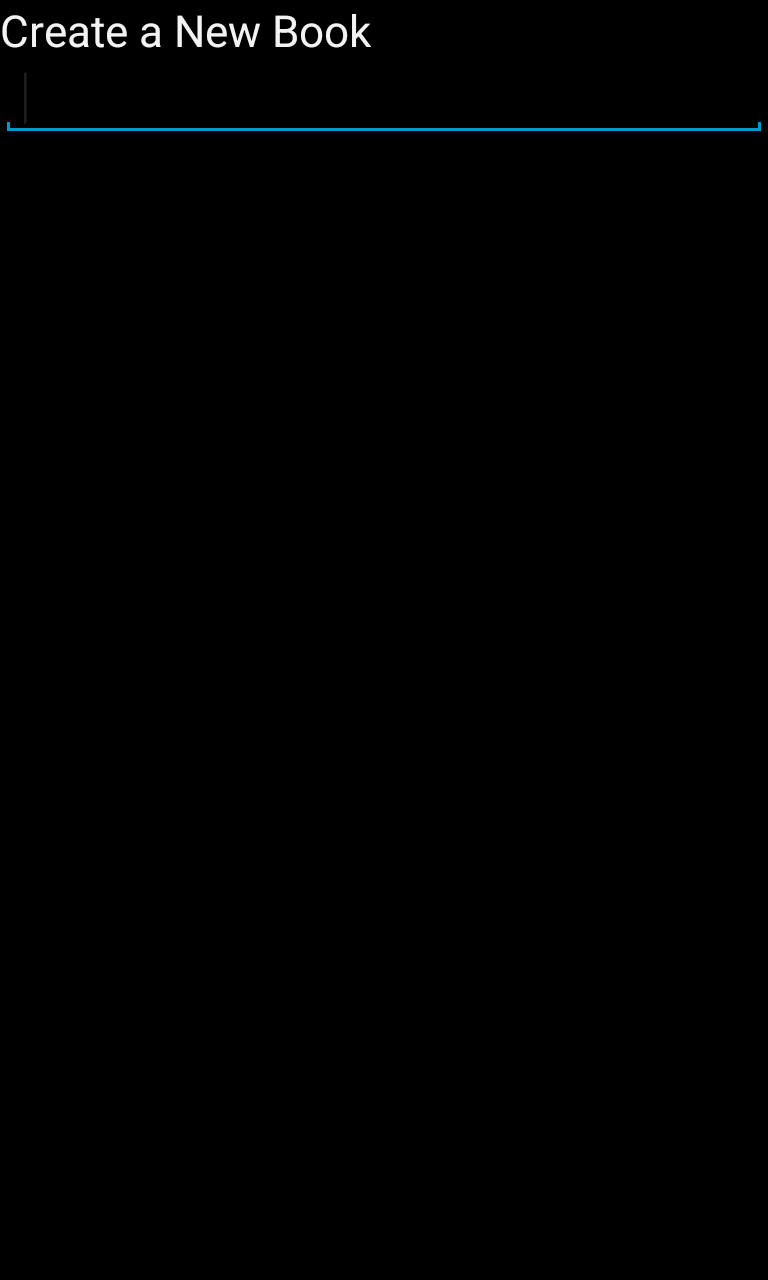
Repository: ringe/andra
Layout: Bookie/res/layout/newbook.xml
The author's editor kept a copy of each file at every save. The layout is drawn from the files as they stood at one save, then again after the next save.
It is drawn on a 768 x 1280 px phone screen (xhdpi) without system bars, with theme android:Theme.Holo; the app's code is not run.

Above is the layout before, as saved 2012-02-28 11:58:05.

### Bookie/res/layout/newbook.xml
<?xml version="1.0" encoding="utf-8"?>
<LinearLayout xmlns:android="http://schemas.android.com/apk/res/android"
    android:layout_width="match_parent"
    android:layout_height="match_parent"
    android:orientation="vertical" >

    <TextView
        android:id="@+id/textView1"
        android:layout_width="wrap_content"
        android:layout_height="wrap_content"
        android:text="Create a New Book"
        android:textAppearance="?android:attr/textAppearanceLarge" />

    <EditText
        android:id="@+id/editText1"
        android:layout_width="match_parent"
        android:layout_height="wrap_content" >

        <requestFocus />
    </EditText>

</LinearLayout>

After the next save:
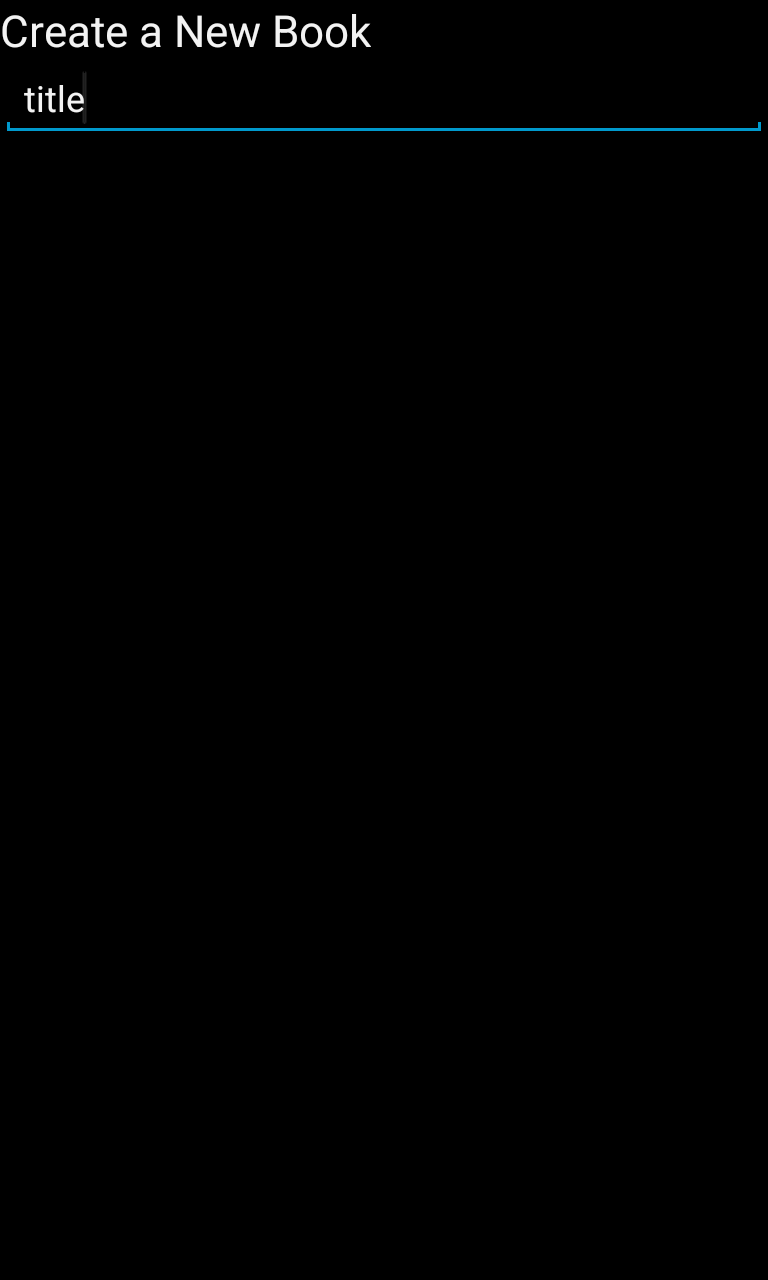
Saved 15 s later.
--- a/Bookie/res/layout/newbook.xml
+++ b/Bookie/res/layout/newbook.xml
@@ -14,7 +14,8 @@
     <EditText
         android:id="@+id/editText1"
         android:layout_width="match_parent"
-        android:layout_height="wrap_content" >
+        android:layout_height="wrap_content"
+        android:text="title" >
 
         <requestFocus />
     </EditText>
